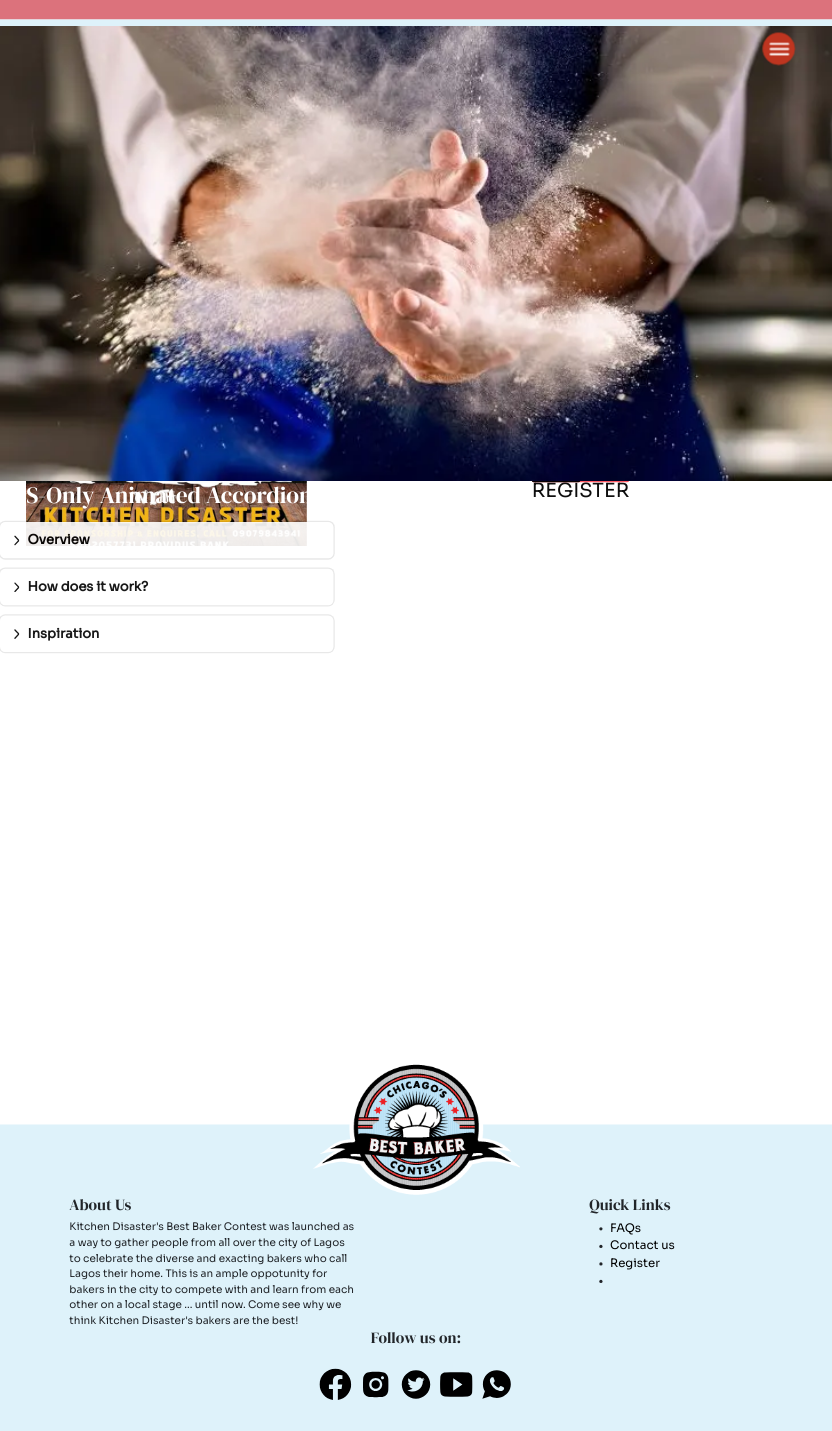
Repository: sarahnnanyelugo/bakers-battle
Page: /faq
These files come from the project's save history. The page is drawn as it stood at one moment and after the next save; the edit follows.
The browser window is 1280 px wide. The pictures show the whole page, at 65% of full size.
The project was rebuilt for these pictures with package versions that can differ from the ones it lists, and the page was loaded fresh each time. Also part of the build but not shown: src/components/ScreenSlide/slide.scss, src/components/ScreenSlide/ScreenSlide.js, src/pages/Home/home.scss, src/pages/Home/Home.js.

Above is the page before, as saved 2024-07-09 22:09:57.

After the next save:
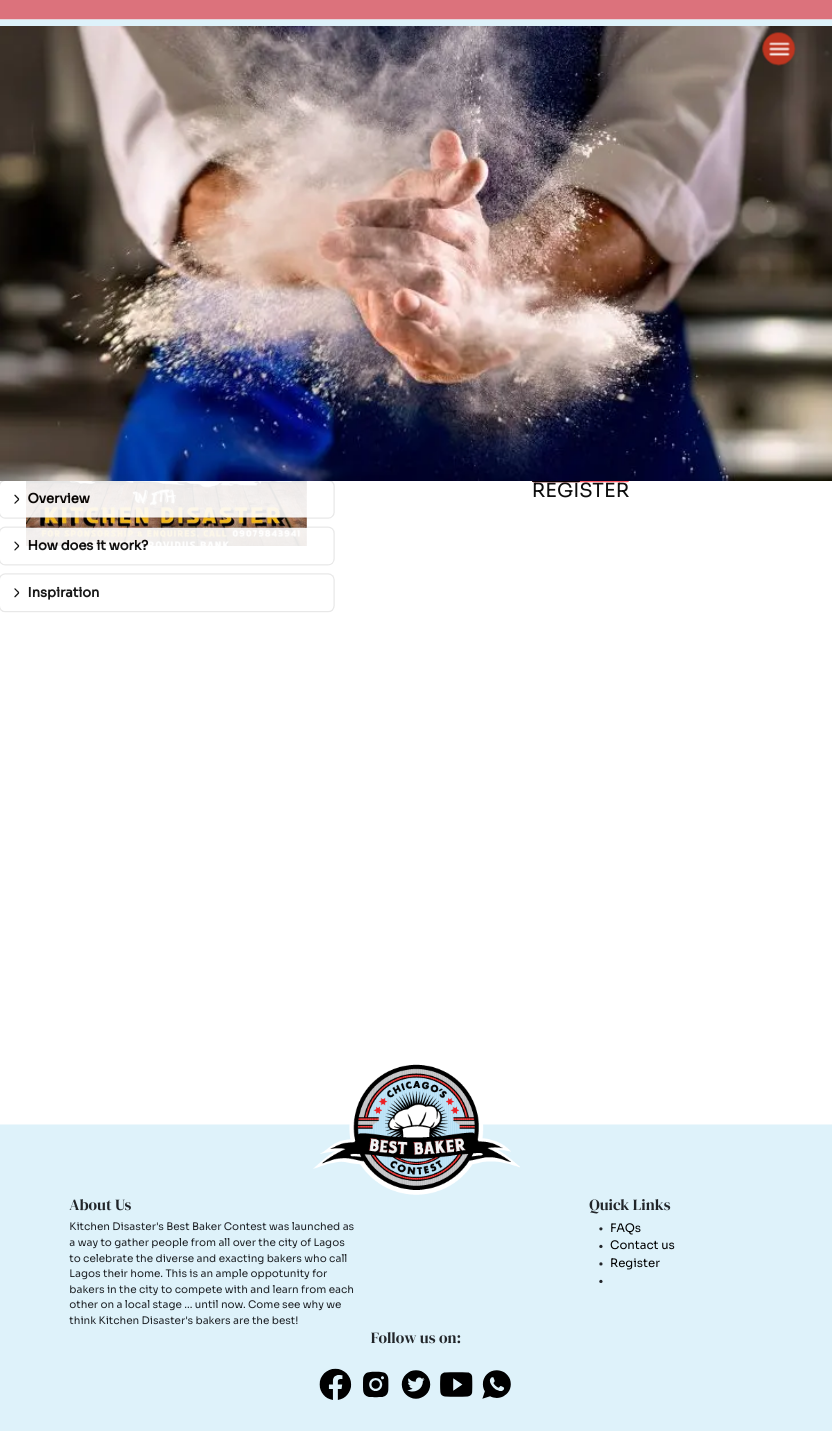
Saved 28 s later.
--- a/src/pages/FAQ/FAQ.js
+++ b/src/pages/FAQ/FAQ.js
@@ -5,7 +5,6 @@
     <>
       <div className="faq-div"></div>
       <main>
-        <h1>CSS-Only Animated Accordion</h1>
         <section class="accordion" id="overview">
           <h1 class="title">
             <a href="#overview">Overview</a>
